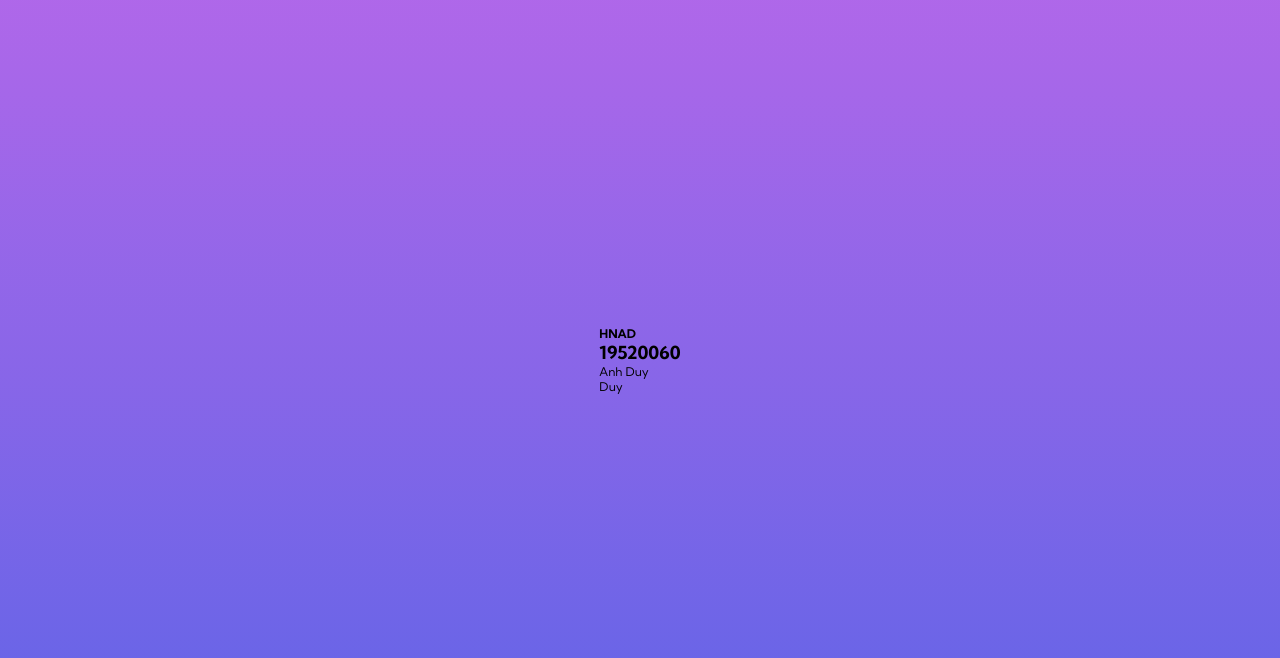
Repository: huynhnhutanhduy/faq-accordion-card
Page: index.html
An editor plug-in stored every save of this project. The page is shown before and after the next save, followed by the edit.
The browser window is 1280 px wide. The pictures show the whole page.

Above is the page before, as saved 2022-10-21 11:42:15.

### index.html
<!DOCTYPE html>
<html lang="en">
  <head>
    <meta charset="UTF-8" />
    <meta name="viewport" content="width=device-width, initial-scale=1.0" />
    <!-- displays site properly based on user's device -->
    <link rel="icon" type="image/png" sizes="32x32" href="./images/favicon-32x32.png" />
    <title>Frontend Mentor | FAQ Accordion Card</title>
    <link rel="preconnect" href="https://fonts.googleapis.com" />
    <link rel="preconnect" href="https://fonts.gstatic.com" crossorigin />
    <link
      href="https://fonts.googleapis.com/css2?family=Kumbh+Sans:wght@400;700&display=swap"
      rel="stylesheet"
    />
    <link
      rel="stylesheet"
      href="https://cdnjs.cloudflare.com/ajax/libs/font-awesome/6.2.0/css/all.min.css"
      integrity="sha512-xh6O/CkQoPOWDdYTDqeRdPCVd1SpvCA9XXcUnZS2FmJNp1coAFzvtCN9BmamE+4aHK8yyUHUSCcJHgXloTyT2A=="
      crossorigin="anonymous"
      referrerpolicy="no-referrer"
    />
    <link rel="stylesheet" href="./app.css" />
  </head>
  <body>
    <!-- <main>
      <article class="card">
        <div class="card-left">
          <img src="./images/illustration-box-desktop.svg" alt="" class="card-image" />
        </div>
        <div class="card-right">
          <h1 class="card-title">faq</h1>
          <div class="card-list">
            <div class="card-item">
              <div class="card-item__header">
                <span class="card-item__header-title"
                  >How many team members can I invite?
                </span>
                <i class="fa-solid fa-angle-down card-item__header-icon"></i>
              </div>
              <div class="card-item__content">
                <div class="card-item__content-inner">
                  You can invite up to 2 additional users on the Free plan. There is no limit
                  on team members for the Premium plan.
                </div>
              </div>
            </div>
            <div class="card-item">
              <div class="card-item__header">
                <span class="card-item__header-title"
                  >What is the maximum file upload size?
                </span>
                <i class="fa-solid fa-angle-down card-item__header-icon"></i>
              </div>
              <div class="card-item__content">
                <div class="card-item__content-inner">
                  No more than 2GB. All files in your account must fit your allotted storage
                  space.
                </div>
              </div>
            </div>
            <div class="card-item">
              <div class="card-item__header">
                <span class="card-item__header-title">How do I reset my password? </span>
                <i class="fa-solid fa-angle-down card-item__header-icon"></i>
              </div>
              <div class="card-item__content">
                <div class="card-item__content-inner">
                  Click “Forgot password” from the login page or “Change password” from your
                  profile page. A reset link will be emailed to you.
                </div>
              </div>
            </div>
            <div class="card-item">
              <div class="card-item__header">
                <span class="card-item__header-title">Can I cancel my subscription? </span>
                <i class="fa-solid fa-angle-down card-item__header-icon"></i>
              </div>
              <div class="card-item__content">
                <div class="card-item__content-inner">
                  Yes! Send us a message and we’ll process your request no questions asked.
                </div>
              </div>
            </div>
            <div class="card-item">
              <div class="card-item__header">
                <span class="card-item__header-title"
                  >Do you provide additional support?
                </span>
                <i class="fa-solid fa-angle-down card-item__header-icon"></i>
              </div>
              <div class="card-item__content">
                <div class="card-item__content-inner">
                  Chat and email support is available 24/7. Phone lines are open during normal
                  business hours.
                </div>
              </div>
            </div>
          </div>
        </div>
      </article>
    </main>
    <footer class="attribution">
      Challenge by
      <a href="https://www.frontendmentor.io?ref=challenge" target="_blank">Frontend Mentor</a
      >. Coded by <a href="https://github.com/huynhnhutanhduy">huynhnhutanhduy</a>.
    </footer> -->

    <span class="span">
      <strong>HNAD</strong>
      <h2>19520060</h2>
    </span>
    <p class="name">Anh Duy</p>
    <p class="name">Duy</p>

    <script src="./app.js"></script>
  </body>
</html>

### app.css
:root {
  --very-dark-desaturated-blue: hsl(238, 29%, 16%);
  --soft-red: hsl(14, 88%, 65%);
  --soft-violet: hsl(273, 75%, 66%);
  --soft-blue: hsl(240, 73%, 65%);
  --very-dark-grayish-blue: hsl(237, 12%, 33%);
  --dark-grayish-blue: hsl(240, 6%, 50%);
  --light-grayish-blue: hsl(240, 5%, 91%);
}
* {
  margin: 0;
  padding: 0;
  border: 0;
}
*,
*::before,
*::after,
html {
  box-sizing: border-box;
}
html {
  font-size: 62.5%;
}
body {
  font-size: 1.2rem;
  font-weight: normal;
  font-family: "Kumbh Sans", sans-serif;
  background-image: linear-gradient(var(--soft-violet), var(--soft-blue));
  height: 100vh;
  width: 100vw;
  display: grid;
  align-content: center;
  justify-content: center;
}
a {
  text-decoration: none;
}
img {
  display: block;
  max-width: 100%;
}

.attribution {
  font-size: 11px;
  text-align: center;
}
.attribution a {
  color: var(--light-grayish-blue);
}

.card {
  border-radius: 1rem;
  margin-bottom: 3rem;
  width: 90rem;
  display: grid;
  grid-template-columns: 400px 1fr;
  grid-gap: 8rem;
  background-color: var(--light-grayish-blue);
}
.card-left {
  position: relative;
}
.card-left::before {
  content: "";
  display: block;
  position: absolute;
  height: 100%;
  width: 100%;
  background: url("./images/bg-pattern-desktop.svg") no-repeat;
  background-position: -565px -310px;
}
.card-image {
  position: absolute;
  width: 153px;
  height: 170px;
  top: 205px;
  left: -75px;
  z-index: 999;
}
.card-left::after {
  content: "";
  display: block;
  width: 100%;
  height: 100%;
  position: absolute;
  background: url("./images/illustration-woman-online-desktop.svg") no-repeat;
  background-position: -80px 60px;
}

.card-right {
  padding: 8rem 10rem 9rem 0;
}
.card-title {
  text-transform: uppercase;
  margin-bottom: 2rem;
  font-size: 3rem;
  color: var(--very-dark-desaturated-blue);
}
.card-item {
  padding-top: 1.5rem;
  border-bottom: 1px solid var(--dark-grayish-blue);
}
.card-item__header {
  display: flex;
  justify-content: space-between;
  font-size: 1.4rem;
  padding-bottom: 1.5rem;
  cursor: pointer;
}
.card-item__header > * {
  pointer-events: none;
}
.card-item__header,
.card-item__content {
  color: var(--dark-grayish-blue);
}
.card-item__header-icon {
  color: var(--soft-red);
}
.card-item__content {
  height: 0;
  overflow: hidden;
  transition: all 0.25s linear;
}
.card-item__content.is-active {
  height: auto;
}
.card-item__content-inner {
  margin-bottom: 1.5rem;
}

### app.js
const header = document.querySelectorAll(".card-item__header");
[...header].forEach((item) => item.addEventListener("click", handleClick));
function handleClick(e) {
  const content = e.target.nextElementSibling;
  console.log(content);
}

After the next save:
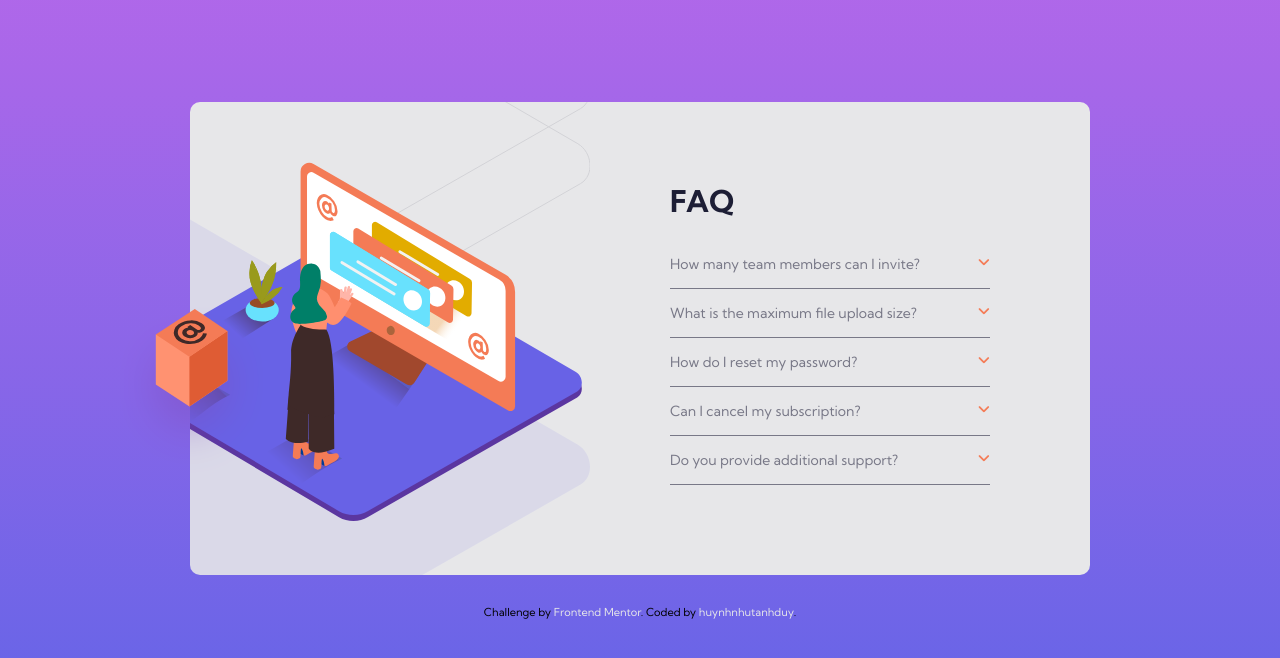
Saved 8 s later.
--- a/index.html
+++ b/index.html
@@ -22,7 +22,7 @@
     <link rel="stylesheet" href="./app.css" />
   </head>
   <body>
-    <!-- <main>
+    <main>
       <article class="card">
         <div class="card-left">
           <img src="./images/illustration-box-desktop.svg" alt="" class="card-image" />
@@ -103,14 +103,7 @@
       Challenge by
       <a href="https://www.frontendmentor.io?ref=challenge" target="_blank">Frontend Mentor</a
       >. Coded by <a href="https://github.com/huynhnhutanhduy">huynhnhutanhduy</a>.
-    </footer> -->
-
-    <span class="span">
-      <strong>HNAD</strong>
-      <h2>19520060</h2>
-    </span>
-    <p class="name">Anh Duy</p>
-    <p class="name">Duy</p>
+    </footer>
 
     <script src="./app.js"></script>
   </body>
